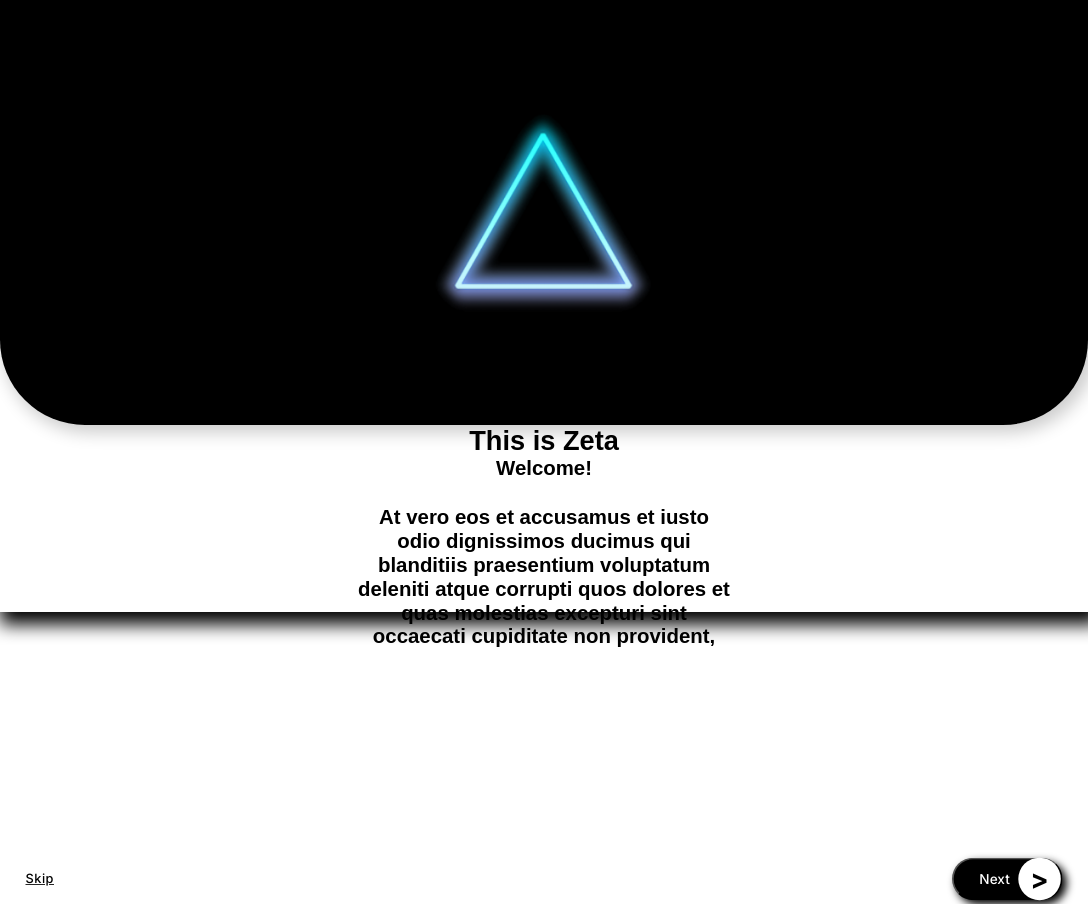
Repository: Cherced/virtualassistant
Page: /Welcome
The author's editor kept a copy of each file at every save. The page is drawn from the files as they stood at one save, then again after the next save.
The browser window is 1280 px wide. The pictures show the whole page, at 85% of full size.
The project was rebuilt for these pictures with package versions that can differ from the ones it lists, and the page was loaded fresh each time. The framework's server and built-in components were replaced by stand-ins that run in the browser.

Above is the page before, as saved 2022-07-14 19:59:55.

After the next save:
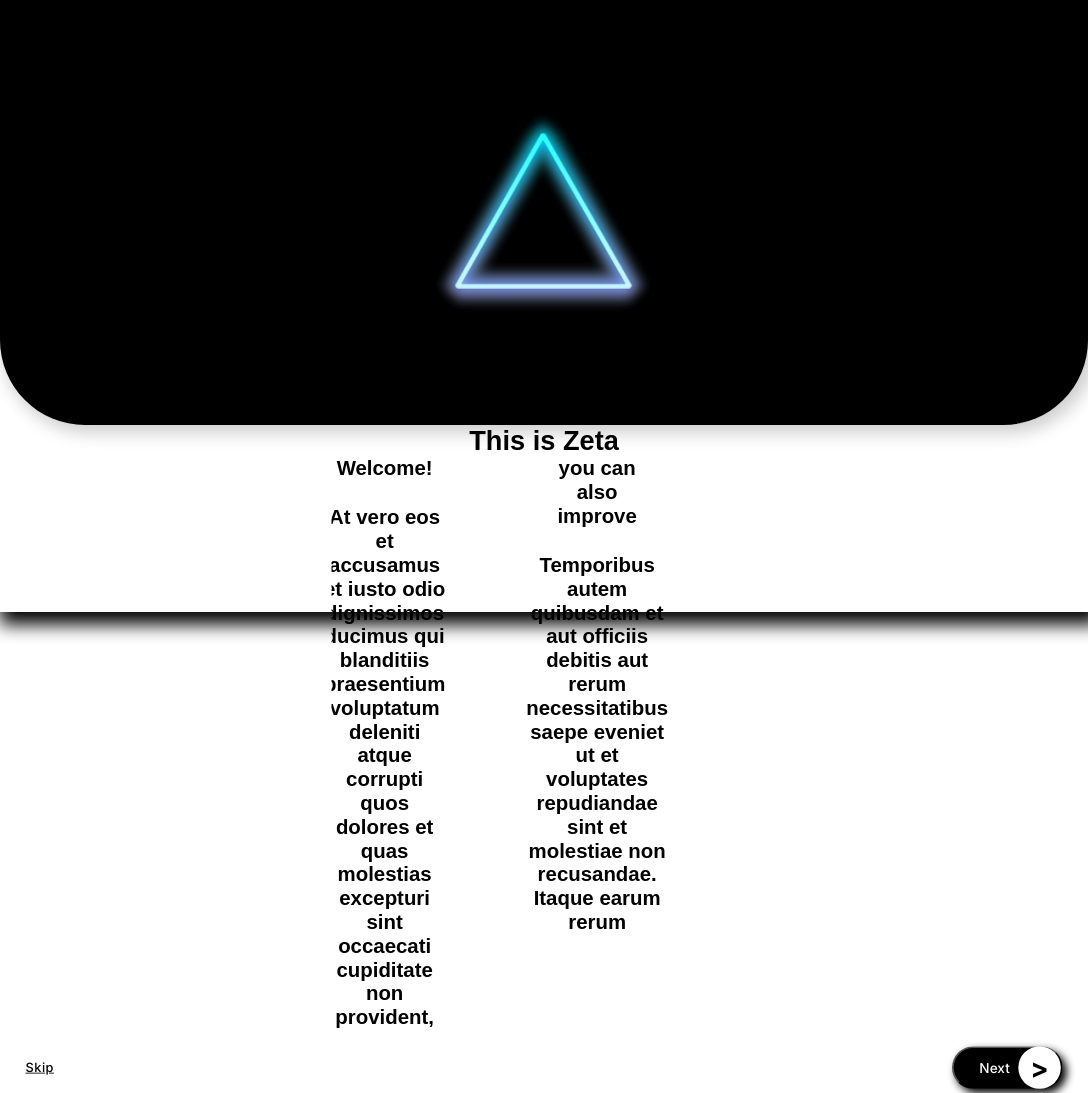
Saved 5 min 47 s later.
--- a/sass/components/carrousels/_carrousel.scss
+++ b/sass/components/carrousels/_carrousel.scss
@@ -1,12 +1,13 @@
 .carrousel {
-    width: 100%;
-    display: flex;
-    justify-content: center;
-    .slider {
-        max-width: 500px;
+    max-width: 500px;
         height: auto;
         min-width: 300px;
         overflow: hidden;
+    .slider {
+        width: 100%;
+    display: flex;
+    justify-content: center;
+
         .carrousel__list {
             list-style: none;
             position: relative;

After the save that followed:
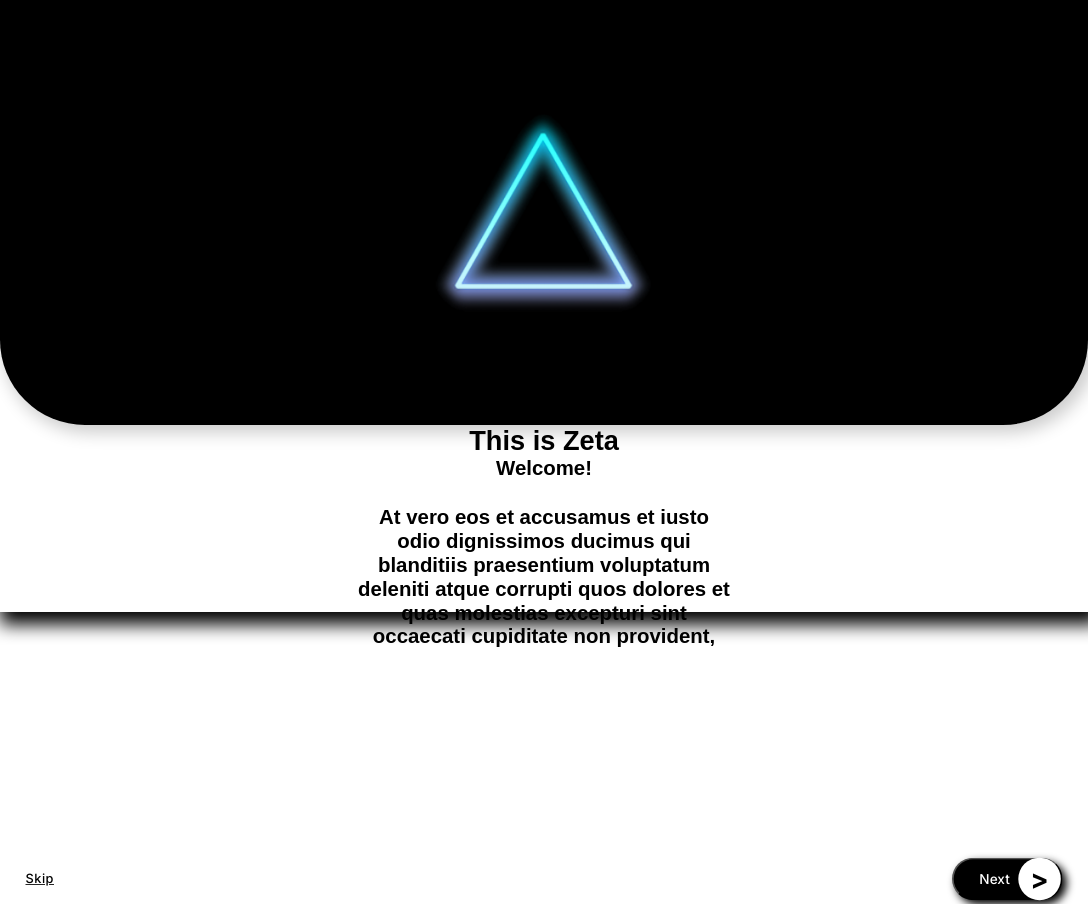
Saved 33 s later.
--- a/sass/components/carrousels/_carrousel.scss
+++ b/sass/components/carrousels/_carrousel.scss
@@ -1,13 +1,12 @@
 .carrousel {
-    max-width: 500px;
+    width: 100%;
+    display: flex;
+    justify-content: center;
+    .slider {
+        max-width: 500px;
         height: auto;
         min-width: 300px;
         overflow: hidden;
-    .slider {
-        width: 100%;
-    display: flex;
-    justify-content: center;
-
         .carrousel__list {
             list-style: none;
             position: relative;
